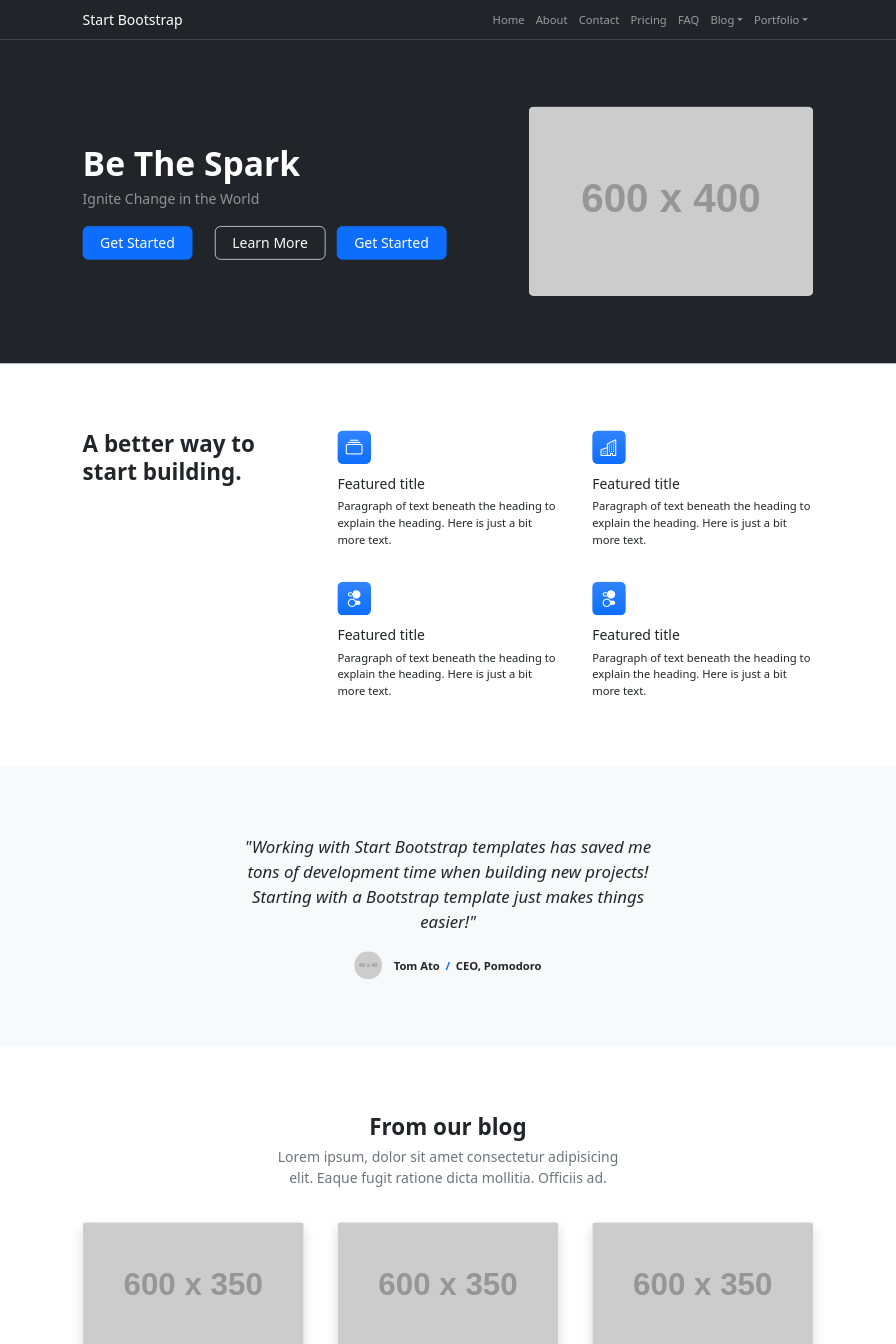
Repository: DragonFruit8/BeTheSpark
Page: index.html
The author's editor kept a copy of each file at every save. The page is drawn from the files as they stood at one save, then again after the next save.
The browser window is 1280 px wide. The pictures show the part of the page from y = 0 to 1920 px (the page is 2663 px tall), at 70% of full size.

Above is the page before, as saved 2024-01-05 08:10:54.

After the next save:
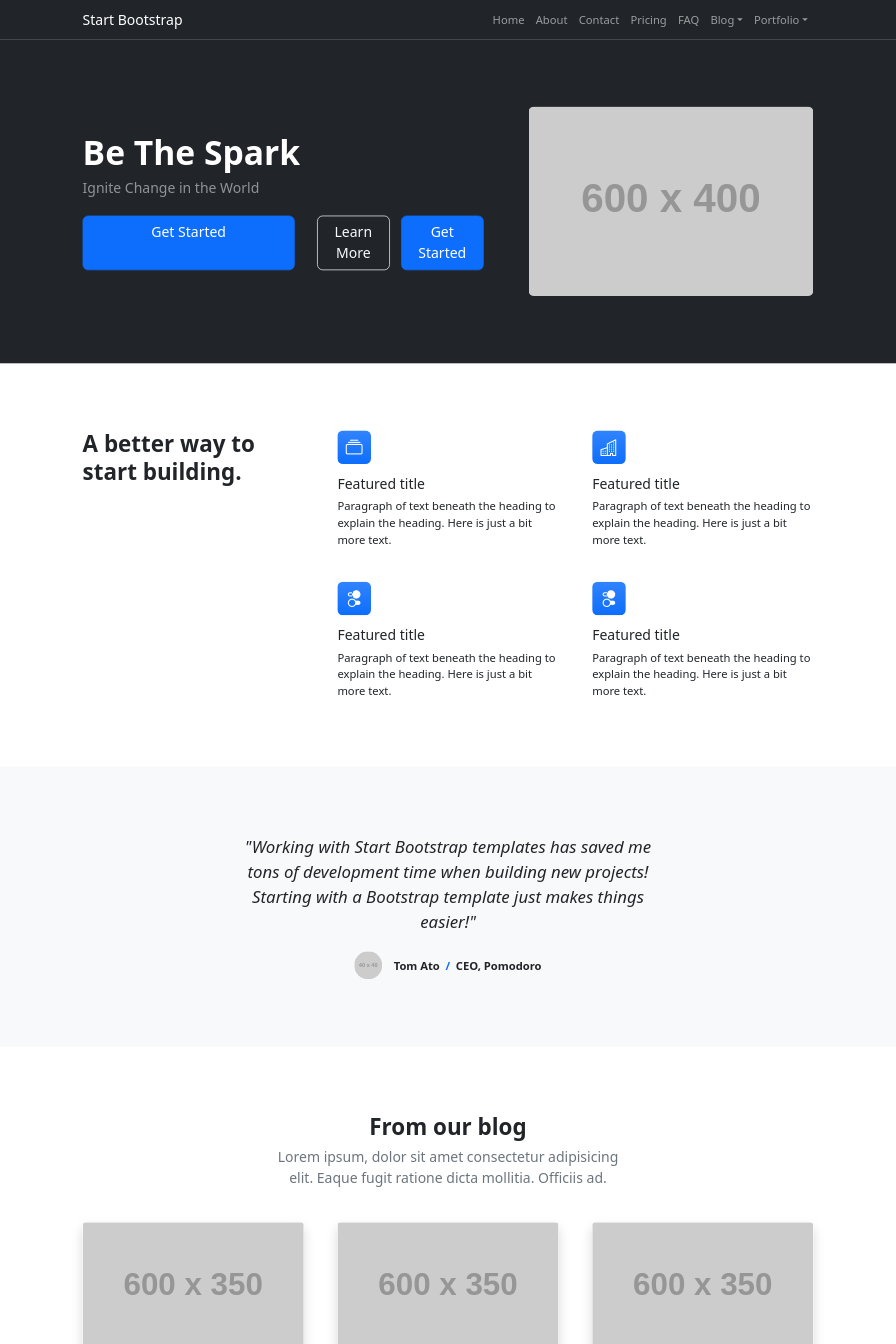
Saved 10 s later.
--- a/index.html
+++ b/index.html
@@ -54,7 +54,7 @@
                                 <h1 class="display-5 fw-bolder text-white mb-2">Be The Spark</h1>
                                 <p class="lead fw-normal text-white-50 mb-4">Ignite Change in the World</p>
                                 <div class="d-grid gap-3 d-sm-flex justify-content-sm-center justify-content-xl-start">
-                                    <a class="btn btn-primary btn-lg px-4 me-sm-3" href="#features">Get Started</a>
+                                    <a class="btn btn-primary w-100 btn-lg px-4 me-sm-3" href="#features">Get Started</a>
                                     <a class="btn btn-outline-light btn-lg px-4" href="#!">Learn More</a>
                                     <a class="btn btn-primary btn-lg px-4 me-sm-3" href="#features">Get Started</a>
                                 </div>
